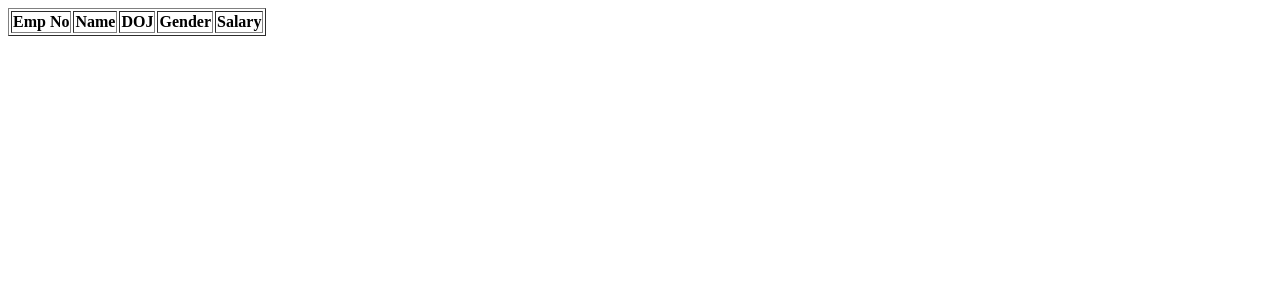
Repository: KUSUMA-74/Advance-JavaProject
Page: http://localhost/EmployeeWebApp/DisplayEmployeeServlet
These files come from the project's save history. The page is drawn as it stood at one moment and after the next save; the edit follows.
The browser window is 1280 px wide. The pictures show the whole page.
The page is served by Tomcat 9. Other server files are loaded and not shown. Queries for data that is not in the repository find no rows.

Above is the page before, as saved 2025-05-30 05:50:18.

### EmployeeWebApp/src/main/webapp/empdisplay.jsp
<%@ page import="java.util.*, com.model.Employee" %>
<%@ page import="com.dao.EmployeeDAO" %>
<%
    List<Employee> list = new EmployeeDAO().getAllEmployees();
%>
<table border="1">
<tr><th>Emp No</th><th>Name</th><th>DOJ</th><th>Gender</th><th>Salary</th></tr>
<% for(Employee e : list) { %>
<tr>
    <td><%= e.getEmpno() %></td>
    <td><%= e.getEmpName() %></td>
    <td><%= e.getDoj() %></td>
    <td><%= e.getGender() %></td>
    <td><%= e.getBsalary() %></td>
</tr>
<% } %>
</table>

### EmployeeWebApp/src/main/java/com/servlet/DisplayEmployeeServlet.java
package com.servlet;

import com.dao.EmployeeDAO;
import com.model.Employee;
import java.io.IOException;
import java.util.List;
import javax.servlet.*;
import javax.servlet.annotation.WebServlet;
import javax.servlet.http.*;

@WebServlet("/DisplayEmployeeServlet")
public class DisplayEmployeeServlet extends HttpServlet {
    protected void doGet(HttpServletRequest req, HttpServletResponse res) throws ServletException, IOException {
        List<Employee> list = new EmployeeDAO().getAllEmployees();
        req.setAttribute("employees", list);

        // Get the message from session if exists and forward to JSP
        HttpSession session = req.getSession(false);
        if (session != null) {
            String msg = (String) session.getAttribute("msg");
            if (msg != null) {
                req.setAttribute("msg", msg);
                session.removeAttribute("msg"); // remove to show once
            }
        }

        RequestDispatcher rd = req.getRequestDispatcher("empdisplay.jsp");
        rd.forward(req, res);
    }
}

### EmployeeWebApp/src/main/java/com/dao/EmployeeDAO.java
package com.dao;

import com.model.Employee;
import java.sql.*;
import java.util.*;

public class EmployeeDAO {
    private static final String URL = "jdbc:mysql://localhost:3306/your_database";
    private static final String USER = "root";
    private static final String PASS = "password";

    private Connection getConnection() throws Exception {
        Class.forName("com.mysql.cj.jdbc.Driver");
        return DriverManager.getConnection(URL, USER, PASS);
    }

    public boolean addEmployee(Employee e) {
        try (Connection conn = getConnection()) {
            String sql = "INSERT INTO Employee VALUES (?, ?, ?, ?, ?)";
            PreparedStatement ps = conn.prepareStatement(sql);
            ps.setInt(1, e.getEmpno());
            ps.setString(2, e.getEmpName());
            ps.setString(3, e.getDoj());
            ps.setString(4, e.getGender());
            ps.setDouble(5, e.getBsalary());
            return ps.executeUpdate() > 0;
        } catch (Exception ex) { ex.printStackTrace(); return false; }
    }

    public boolean updateEmployee(Employee e) {
        try (Connection conn = getConnection()) {
            String sql = "UPDATE Employee SET EmpName=?, DoJ=?, Gender=?, Bsalary=? WHERE Empno=?";
            PreparedStatement ps = conn.prepareStatement(sql);
            ps.setString(1, e.getEmpName());
            ps.setString(2, e.getDoj());
            ps.setString(3, e.getGender());
            ps.setDouble(4, e.getBsalary());
            ps.setInt(5, e.getEmpno());
            return ps.executeUpdate() > 0;
        } catch (Exception ex) { ex.printStackTrace(); return false; }
    }

    public boolean deleteEmployee(int empno) {
        try (Connection conn = getConnection()) {
            String sql = "DELETE FROM Employee WHERE Empno=?";
            PreparedStatement ps = conn.prepareStatement(sql);
            ps.setInt(1, empno);
            return ps.executeUpdate() > 0;
        } catch (Exception ex) { ex.printStackTrace(); return false; }
    }

    public List<Employee> getAllEmployees() {
        List<Employee> list = new ArrayList<>();
        try (Connection conn = getConnection()) {
            String sql = "SELECT * FROM Employee";
            PreparedStatement ps = conn.prepareStatement(sql);
            ResultSet rs = ps.executeQuery();
            while (rs.next()) {
                Employee e = new Employee();
                e.setEmpno(rs.getInt("Empno"));
                e.setEmpName(rs.getString("EmpName"));
                e.setDoj(rs.getString("DoJ"));
                e.setGender(rs.getString("Gender"));
                e.setBsalary(rs.getDouble("Bsalary"));
                list.add(e);
            }
        } catch (Exception ex) { ex.printStackTrace(); }
        return list;
    }

    public List<Employee> getEmployeesByGender(String gender) {
        List<Employee> list = new ArrayList<>();
        try (Connection conn = getConnection()) {
            String sql = "SELECT * FROM Employee WHERE Gender=?";
            PreparedStatement ps = conn.prepareStatement(sql);
            ps.setString(1, gender);
            ResultSet rs = ps.executeQuery();
            while (rs.next()) {
                Employee e = new Employee();
                e.setEmpno(rs.getInt("Empno"));
                e.setEmpName(rs.getString("EmpName"));
                e.setDoj(rs.getString("DoJ"));
                e.setGender(rs.getString("Gender"));
                e.setBsalary(rs.getDouble("Bsalary"));
                list.add(e);
            }
        } catch (Exception ex) { ex.printStackTrace(); }
        return list;
    }
}

After the next save:
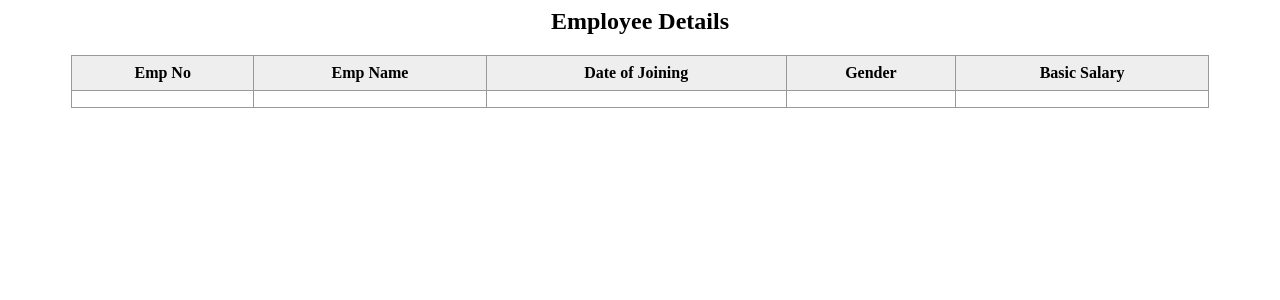
Saved 13 s later.
--- a/EmployeeWebApp/src/main/webapp/empdisplay.jsp
+++ b/EmployeeWebApp/src/main/webapp/empdisplay.jsp
@@ -1,17 +1,57 @@
-<%@ page import="java.util.*, com.model.Employee" %>
-<%@ page import="com.dao.EmployeeDAO" %>
-<%
-    List<Employee> list = new EmployeeDAO().getAllEmployees();
-%>
-<table border="1">
-<tr><th>Emp No</th><th>Name</th><th>DOJ</th><th>Gender</th><th>Salary</th></tr>
-<% for(Employee e : list) { %>
-<tr>
-    <td><%= e.getEmpno() %></td>
-    <td><%= e.getEmpName() %></td>
-    <td><%= e.getDoj() %></td>
-    <td><%= e.getGender() %></td>
-    <td><%= e.getBsalary() %></td>
-</tr>
-<% } %>
-</table>
+<%@ page contentType="text/html;charset=UTF-8" language="java" %>
+<html>
+<head>
+    <title>Employee Details</title>
+    <style>
+        .msg {
+            color: green;
+            font-weight: bold;
+            margin: 10px 0;
+        }
+        table {
+            width: 90%;
+            border-collapse: collapse;
+            margin: 20px auto;
+        }
+        th, td {
+            border: 1px solid #999;
+            padding: 8px;
+            text-align: center;
+        }
+        th {
+            background-color: #eee;
+        }
+    </style>
+</head>
+<body>
+    <h2 align="center">Employee Details</h2>
+
+    <!-- Display success message -->
+    <c:if test="${not empty msg}">
+        <div class="msg">${msg}</div>
+    </c:if>
+
+    <table align="center">
+        <thead>
+            <tr>
+                <th>Emp No</th>
+                <th>Emp Name</th>
+                <th>Date of Joining</th>
+                <th>Gender</th>
+                <th>Basic Salary</th>
+            </tr>
+        </thead>
+        <tbody>
+            <c:forEach var="emp" items="${employees}">
+                <tr>
+                    <td>${emp.empno}</td>
+                    <td>${emp.empName}</td>
+                    <td>${emp.doj}</td>
+                    <td>${emp.gender}</td>
+                    <td>${emp.bsalary}</td>
+                </tr>
+            </c:forEach>
+        </tbody>
+    </table>
+</body>
+</html>
